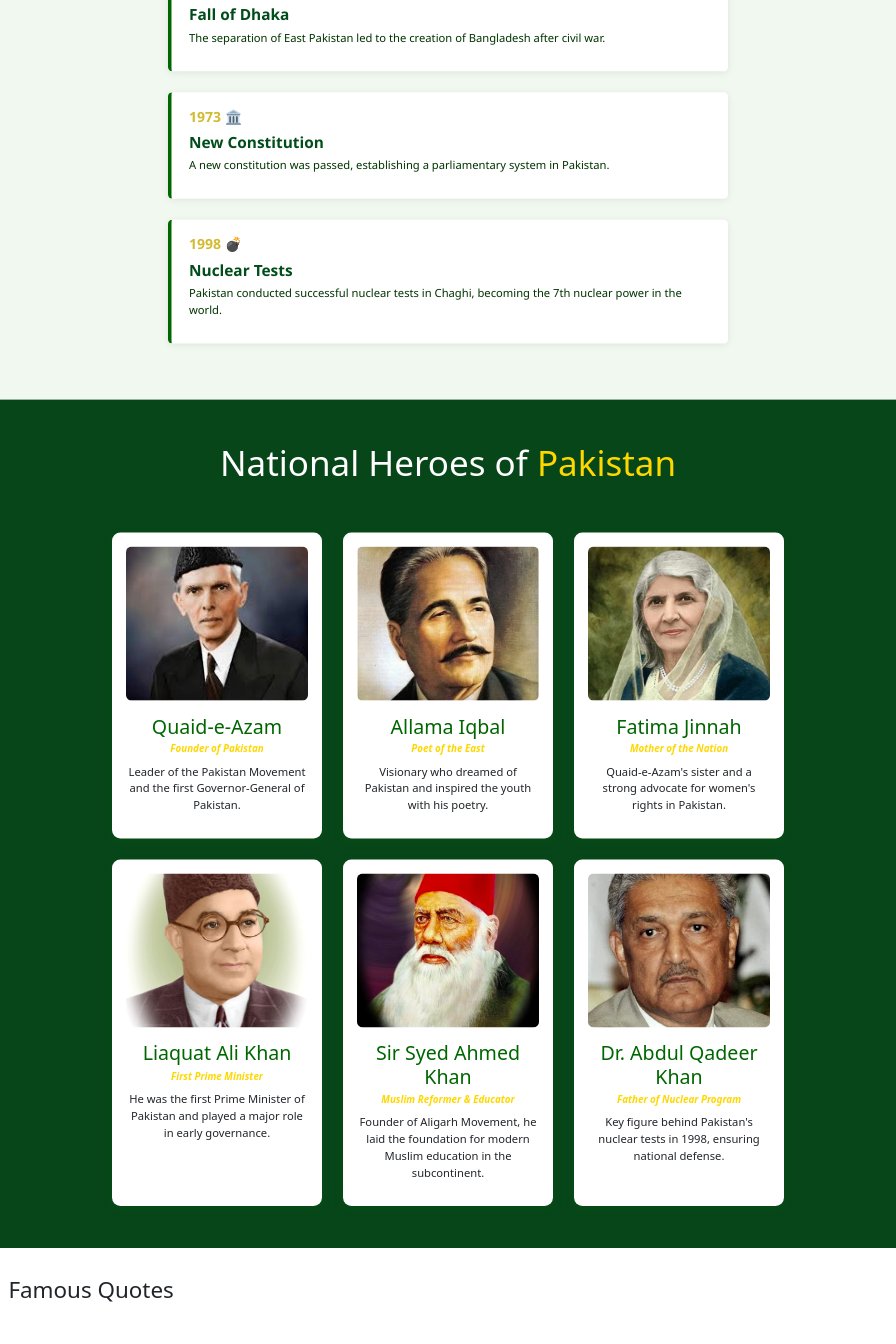
Repository: memonmuhammadali98/Pakistan-Independence-Day
Page: index.html
These files come from the project's save history. The page is drawn as it stood at one moment and after the next save; the edit follows.
The browser window is 1280 px wide. The pictures show the part of the page from y = 2447 to 4367 px (the page is 4367 px tall), at 70% of full size.

Above is the page before, as saved 2025-08-08 17:26:17.
Console error: TypeError: Cannot set properties of null (setting 'innerHTML')

After the next save:
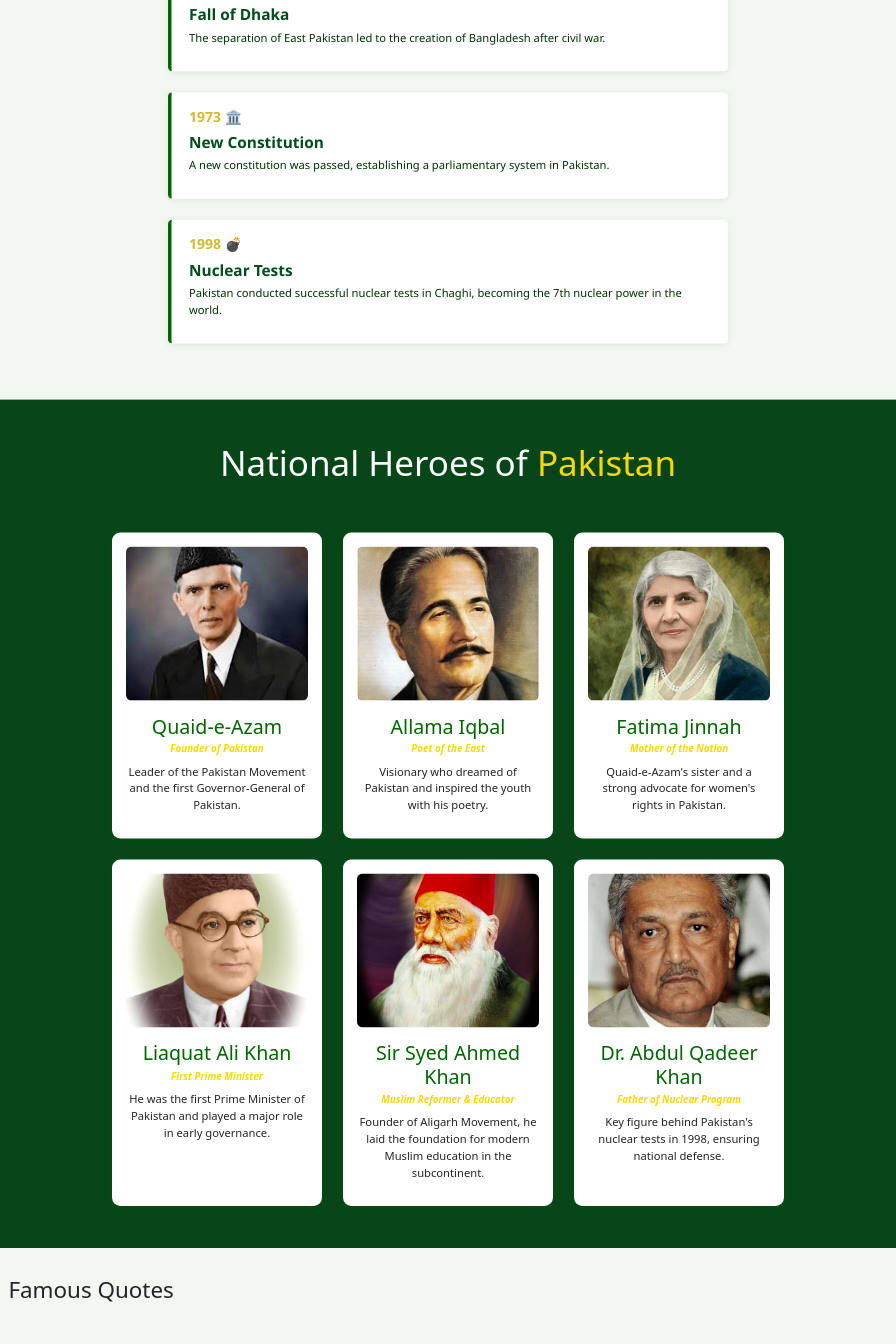
Saved 43 s later.
--- a/style.css
+++ b/style.css
@@ -586,7 +586,7 @@
 
 .people-section{
   padding: 40px 40px 50px 40px;
-  background-color: ;
+  background-color: #f0f8f0;
   height: auto;
 }
 
